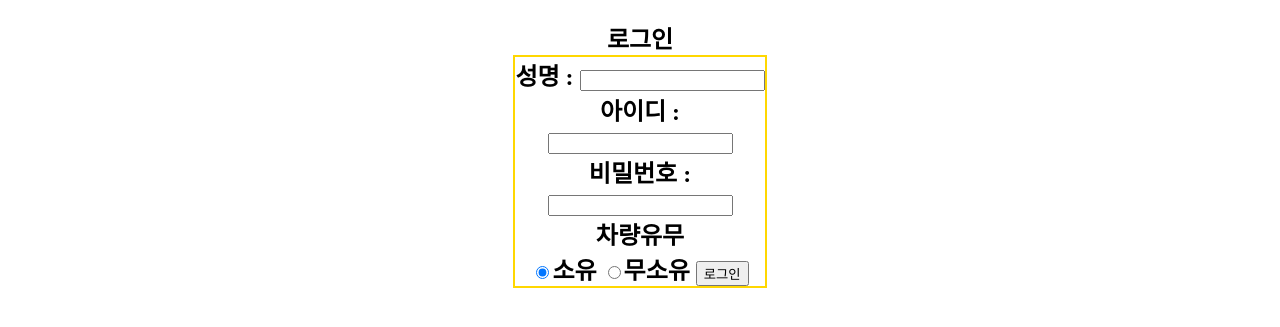
Repository: JaySurplusYoon/JSP_Servlet
Page: jsp01/WebContent/Human_info.html
The author's editor kept a copy of each file at every save. The page is drawn from the files as they stood at one save, then again after the next save.
The browser window is 1280 px wide. The pictures show the whole page.

Above is the page before, as saved 2017-08-10 14:56:12.

After the next save:
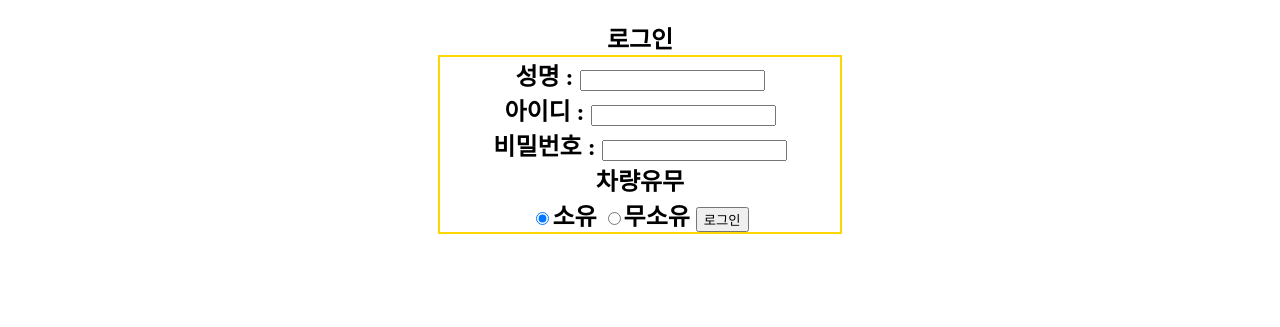
Saved 50 s later.
--- a/jsp01/WebContent/Human_info.html
+++ b/jsp01/WebContent/Human_info.html
@@ -6,7 +6,7 @@
 <style>
 	#loginFormArea{
 		text-align : center;
-		width : 250px;
+		width : 400px;
 		margin : auto;
 		border : 2px solid gold;
 	}
